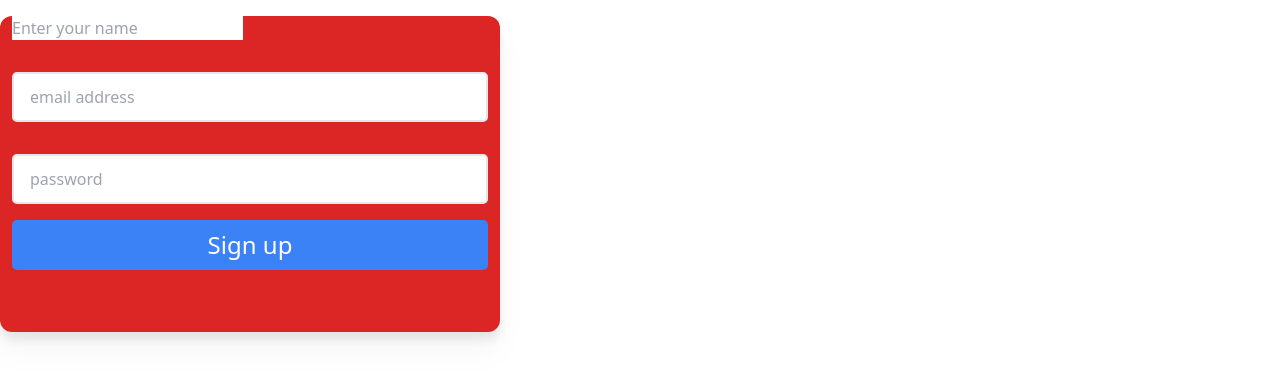
Repository: miraclesamson/e-commerce
Page: /
The author's editor kept a copy of each file at every save. The page is drawn from the files as they stood at one save, then again after the next save.
The browser window is 1280 px wide. The pictures show the whole page.
The page's requests for data from a server got no answer. Some web libraries are served in a nearby version. The project was rebuilt for these pictures with package versions that can differ from the ones it lists, and the page was loaded fresh each time. No one was signed in, and anything a server would have sent is missing.

Above is the page before, as saved 2022-09-04 06:48:58.

### public/index.html
<!DOCTYPE html>
<html lang="en">

<head>
  <meta charset="utf-8" />
  <link rel="icon" href="%PUBLIC_URL%/favicon.ico" />
  <meta name="viewport" content="width=device-width, initial-scale=1" />
  <meta name="theme-color" content="#000000" />
  <meta name="description" content="Web site created using create-react-app" />
  <link rel="apple-touch-icon" href="%PUBLIC_URL%/logo192.png" />
  <!--
      manifest.json provides metadata used when your web app is installed on a
      user's mobile device or desktop. See https://developers.google.com/web/fundamentals/web-app-manifest/
    -->
  <link rel="manifest" href="%PUBLIC_URL%/manifest.json" />
  <!--
      Notice the use of %PUBLIC_URL% in the tags above.
      It will be replaced with the URL of the `public` folder during the build.
      Only files inside the `public` folder can be referenced from the HTML.

      Unlike "/favicon.ico" or "favicon.ico", "%PUBLIC_URL%/favicon.ico" will
      work correctly both with client-side routing and a non-root public URL.
      Learn how to configure a non-root public URL by running `npm run build`.
    -->
  <title>React App</title>
  <script src="https://kit.fontawesome.com/2345683446.js" crossorigin="anonymous"></script>
</head>

<body>
  <noscript>You need to enable JavaScript to run this app.</noscript>
  <div id="root"></div>
  <!--
      This HTML file is a template.
      If you open it directly in the browser, you will see an empty page.

      You can add webfonts, meta tags, or analytics to this file.
      The build step will place the bundled scripts into the <body> tag.

      To begin the development, run `npm start` or `yarn start`.
      To create a production bundle, use `npm run build` or `yarn build`.
    -->
</body>

</html>

### src/App.js
import React, { useEffect, useState } from "react";

import { fireAuth } from "./firebase";
import Signup from "./pages/Signup";

function App() {
  const [user, setUser] = useState();

  const onAuthStateChange = (user) => {
    setUser(user);
  };

  useEffect(() => {
    const subscriber = fireAuth.onAuthStateChanged(onAuthStateChange);

    // console.log(subscriber);
    return subscriber; // unsubscribe on unmount
  }, []);

  return <Signup />;
}

export default App;

### src/firebase.js
// Import the functions you need from the SDKs you need
import { initializeApp } from "firebase/app";
import { getAnalytics } from "firebase/analytics";
import { getFirestore } from "firebase/firestore";
import { getAuth } from "firebase/auth";

// TODO: Add SDKs for Firebase products that you want to use
// https://firebase.google.com/docs/web/setup#available-libraries

// Your web app's Firebase configuration
// For Firebase JS SDK v7.20.0 and later, measurementId is optional
const firebaseConfig = {
  apiKey: "AIzaSyCPRbN0p39vfpSQbeUfPQqL-eSKSP4enuo",
  authDomain: "e-commerce-fe56b.firebaseapp.com",
  projectId: "e-commerce-fe56b",
  storageBucket: "e-commerce-fe56b.appspot.com",
  messagingSenderId: "989187869030",
  appId: "1:989187869030:web:b68d76a53f95698398e0a7",
  measurementId: "G-1KH0YDN1NY",
};

// Initialize Firebase
export const app = initializeApp(firebaseConfig);
export const analytics = getAnalytics(app);
export const fireStore = getFirestore(app);
export const fireAuth = getAuth(app);

### src/pages/Signup.jsx
import React from "react";
import * as Yup from "yup";
import { useFormik } from "formik";
import { createUserWithEmailAndPassword } from "firebase/auth";

import { fireAuth } from "../firebase";

const validationSchema = Yup.object({
  username: Yup.string()
    .min(8)
    .label("username")
    .required("username is required")
    .matches(
      /^(?=.*[a-z])(?=.*[A-Z])(?=.*\d)(?=.*[@$!%*?&])[A-Za-z\d@$!%*?&]{6,}$/
    ),
  email: Yup.string()
    .email("Invalid email address")
    .label("Email")
    .required("Email is Required"),
  password: Yup.string()
    .min(8, "Must be 6 characters or more")
    .matches(
      /^(?=.*[a-z])(?=.*[A-Z])(?=.*\d)(?=.*[@$!%*?&])[A-Za-z\d@$!%*?&]{6,}$/,
      "Password must contain at least one lowercase letter, one uppercase letter, one number and one special character"
    )
    .label("Password")
    .required("Password is required"),
});

function Signup() {
  const formik = useFormik({
    initialValues: {
      username: "",
      email: "",
      password: "",
    },
    validationSchema: validationSchema,
    onSubmit: (values) => {
      console.log(values);
      createUserWithEmailAndPassword(
        fireAuth,
        values.username,
        values.email,
        values.password
      )
        .then((userCredential) => {
          // Signed in
          const user = userCredential.user;
          console.log(user);
          // ...
        })
        .catch((error) => {
          const errorCode = error.code;
          const errorMessage = error.message;
          console.log(errorMessage);
          // ..
        });
    },
  });

  return (
    <div className="bg-red-600 w-[500px] h-[316px] drop-shadow-xl rounded-xl px-3">
      <form onSubmit={formik.handleSubmit} className="w-full">
        <div className="mb-4 mt-4">
          <input
            id="username"
            type="text"
            className="form-control"
            placeholder="Enter your name"
            {...formik.getFieldProps("username")}
          />
          {formik.touched.username && formik.errors.username ? (
            <div>{formik.errors.username}</div>
          ) : null}
        </div>
        <div className="mb-4 mt-4">
          <input
            id="email"
            type="text"
            {...formik.getFieldProps("email")}
            placeholder="email address"
            className="h-[50px] p-4 w-full border-2 rounded-[5px] mt-4"
          />
          {formik.touched.email && formik.errors.email ? (
            <div>{formik.errors.email}</div>
          ) : null}
        </div>

        <div className="mb-4">
          <input
            id="password"
            type="text"
            placeholder="password"
            {...formik.getFieldProps("password")}
            className="h-[50px] p-4 w-full border-2 rounded-[5px] mt-4"
          />
          {formik.touched.password && formik.errors.password ? (
            <div>{formik.errors.password}</div>
          ) : null}
        </div>

        <button
          type="submit"
          className="bg-blue-500 w-full h-[50px] rounded-[5px] text-white font-medium text-[24px]"
        >
          Sign up
        </button>
      </form>
    </div>
  );
}
export default Signup;

Loaded but not shown: src/index.js (common file); src/index.css (common file); src/reportWebVitals.js (common file); tailwind.config.js (common file)

After the next save:
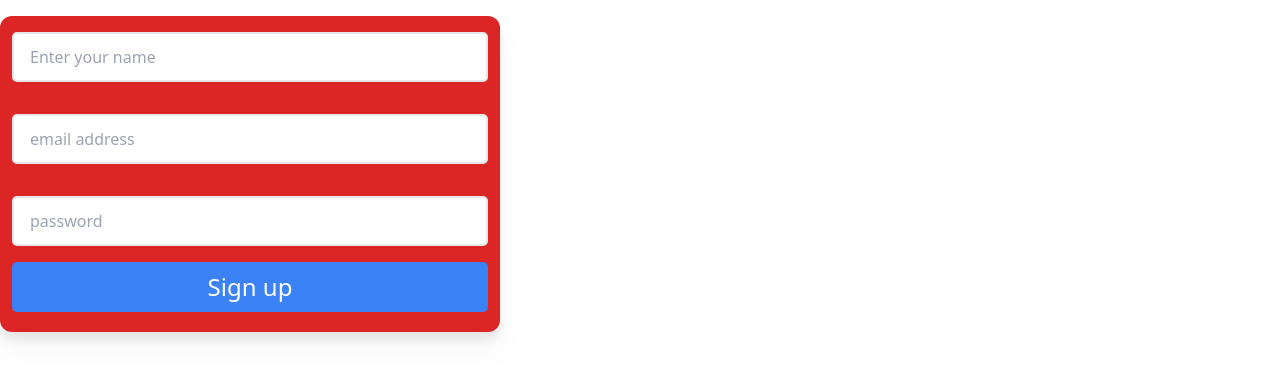
Saved 5 min 58 s later.
--- a/src/pages/Signup.jsx
+++ b/src/pages/Signup.jsx
@@ -65,8 +65,8 @@ function Signup() {
           <input
             id="username"
             type="text"
-            className="form-control"
             placeholder="Enter your name"
+            className="h-[50px] p-4 w-full border-2 rounded-[5px] mt-4"
             {...formik.getFieldProps("username")}
           />
           {formik.touched.username && formik.errors.username ? (
